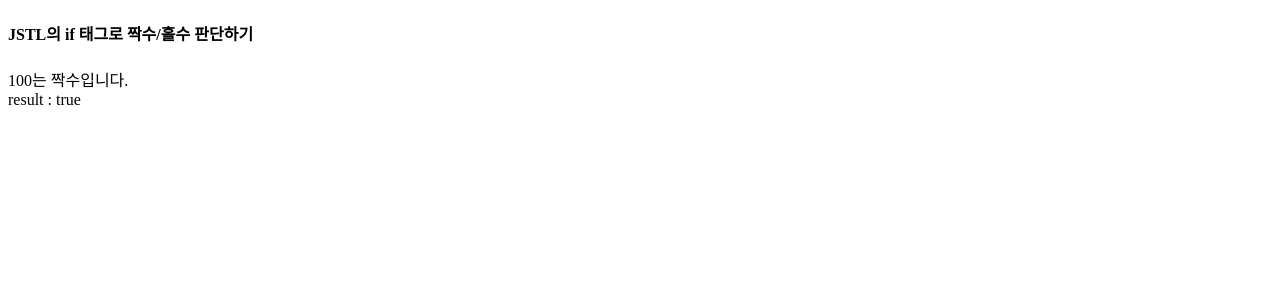
Repository: jungwoonAn/jsp_basic
Page: http://localhost/MustHaveJSP/11_JSTL/core/If.jsp
The author's editor kept a copy of each file at every save. The page is drawn from the files as they stood at one save, then again after the next save.
The browser window is 1280 px wide. The pictures show the whole page.
The page is served by Tomcat 10.

Above is the page before, as saved 2024-10-24 08:32:12.

After the next save:
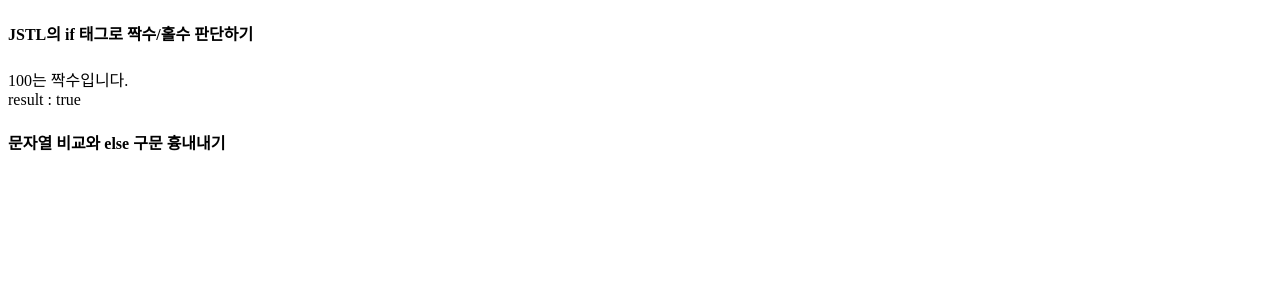
Saved 3 min 32 s later.
--- a/MustHaveJSP/src/main/webapp/11_JSTL/core/If.jsp
+++ b/MustHaveJSP/src/main/webapp/11_JSTL/core/If.jsp
@@ -14,8 +14,13 @@
 
     <h4>JSTL의 if 태그로 짝수/홀수 판단하기</h4>
     <c:if test="${ number mod 2 eq 0 }" var="result">
-    	${ number }는 짝수입니다.<br>
+    	${ number }는 짝수입니다. <br>
     </c:if>
-    result : ${ result }<br>
+    result : ${ result } <br>
+
+    <h4>문자열 비교와 else 구문 흉내내기</h4>
+    <c:if test="${ string eq 'Java' }" var="restul2">
+    	문자열은 Java입니다. <br>
+    </c:if>
 </body>
 </html>
